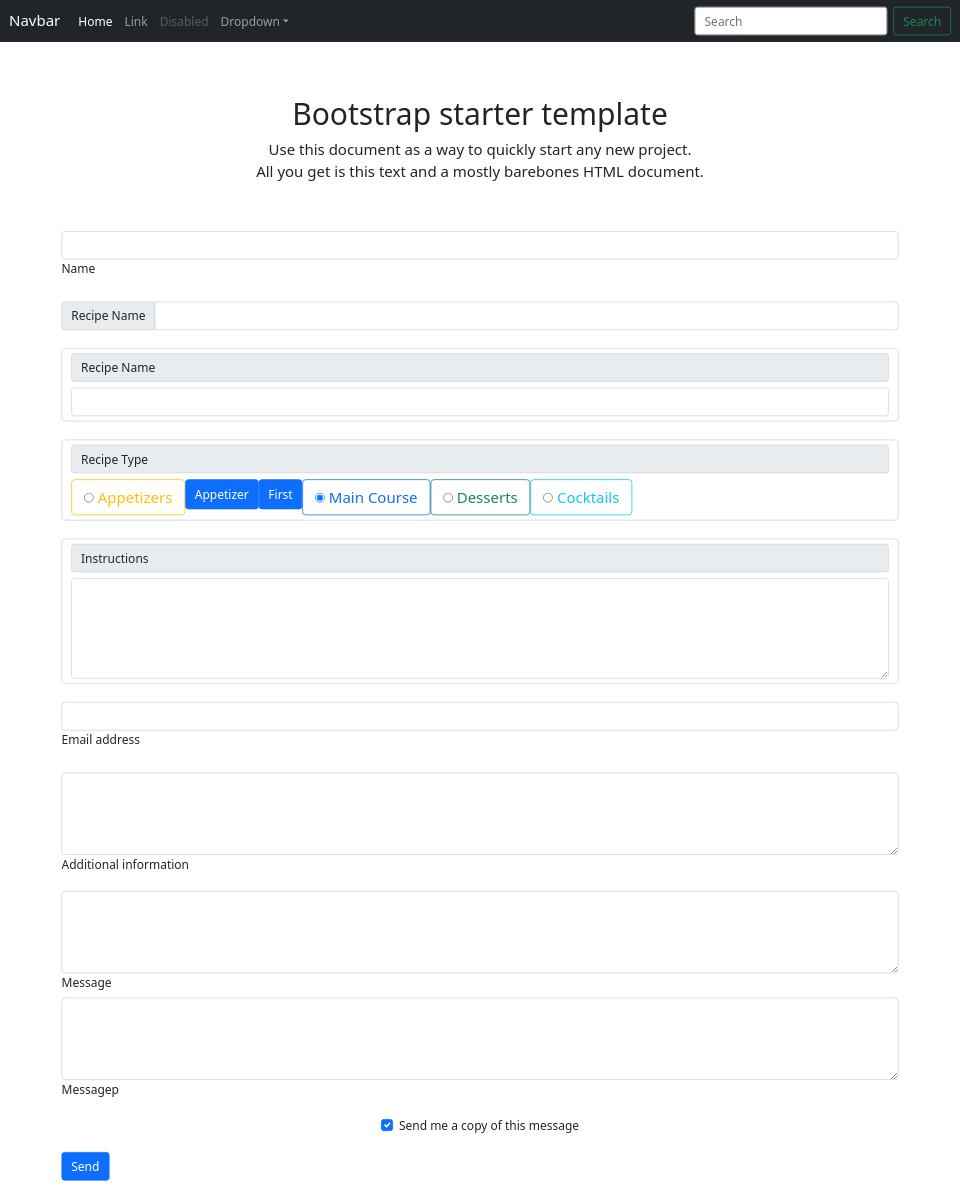
Repository: jerrywthompson/createRecipeWebpageHTML
Page: index.html
The author's editor kept a copy of each file at every save. The page is drawn from the files as they stood at one save, then again after the next save.
The browser window is 1280 px wide. The pictures show the whole page, at 75% of full size.

Above is the page before, as saved 2021-02-23 22:57:16.

After the next save:
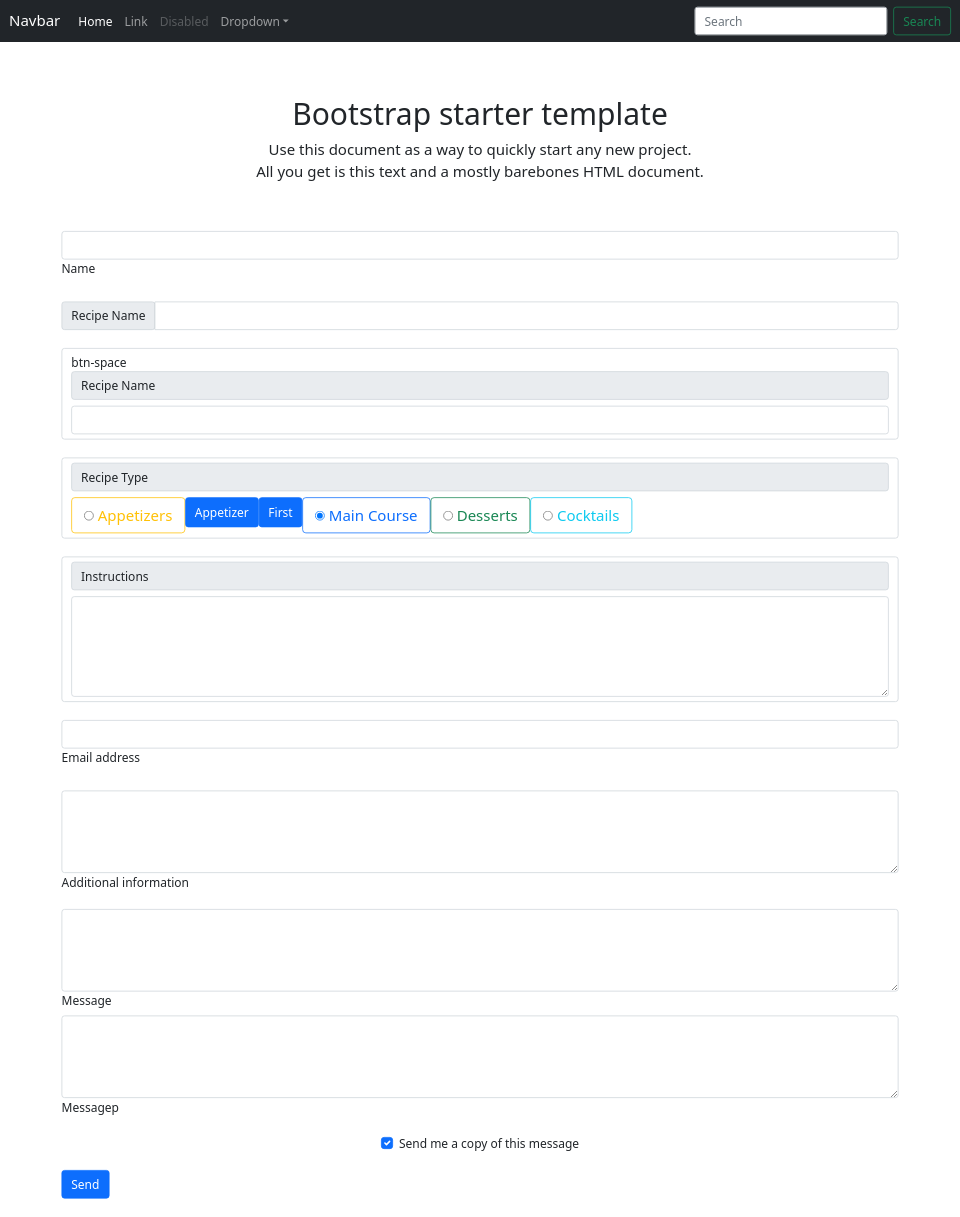
Saved 10 s later.
--- a/index.html
+++ b/index.html
@@ -96,7 +96,7 @@
                             <input type="text" name="notes" class="form-control" aria-label="Default" aria-describedby="inputGroup-sizing-default">
                         </div>
 
-                        <div class="form-control mb-4">
+                        <div class="form-control mb-4">btn-space
                             <div class="input-group-prepend mb-2">
                                 <span class="input-group-text" id="inputGroup-sizing-default">Recipe Name</span>
                             </div>
